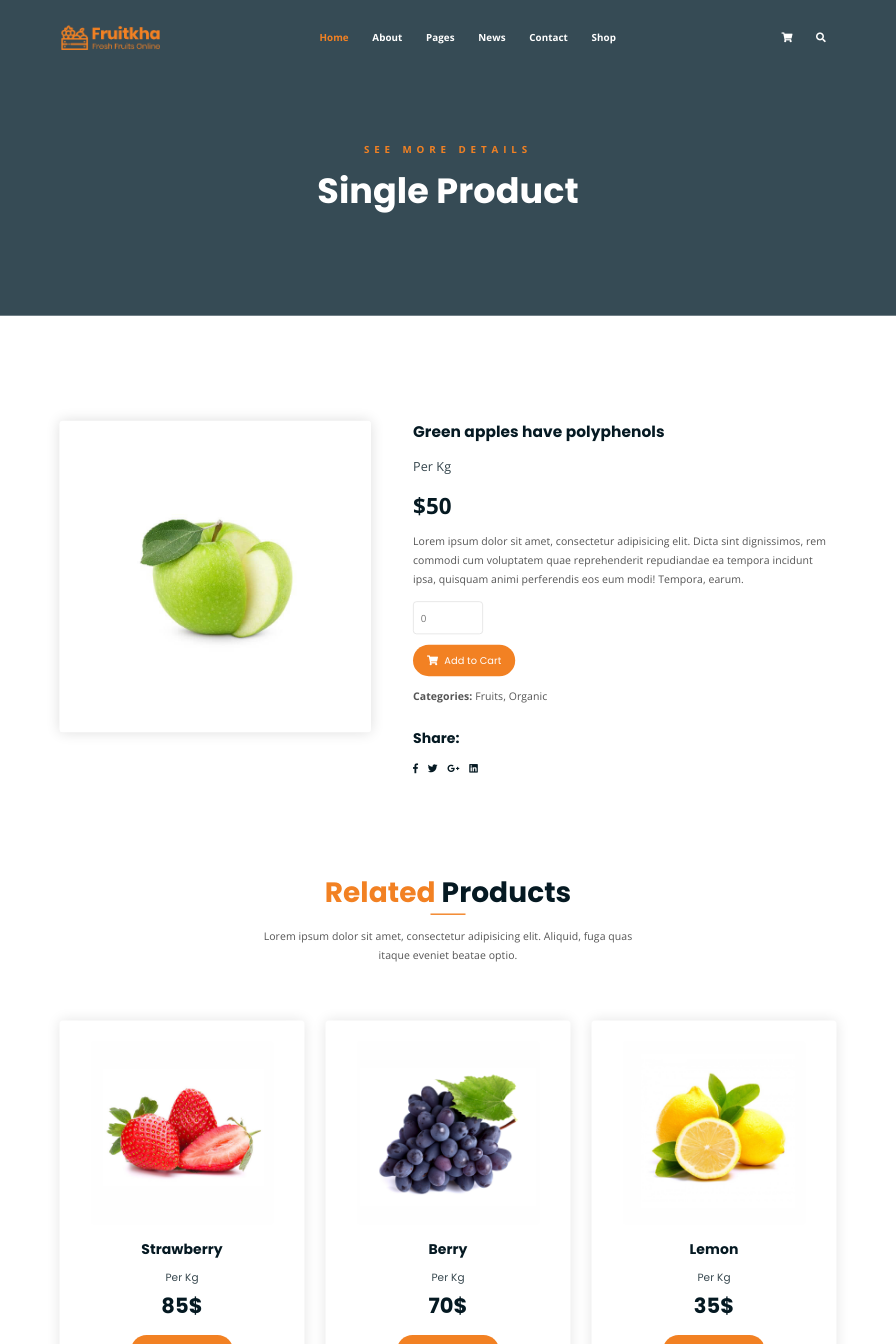
Repository: PhamHao1412/fruit_web
Page: single-product.html
The author's editor kept a copy of each file at every save. The page is drawn from the files as they stood at one save, then again after the next save.
The browser window is 1280 px wide. The pictures show the part of the page from y = 0 to 1920 px (the page is 3037 px tall before and 7983 px after), at 70% of full size.
Backgrounds fixed to the window are drawn as part of the page.

Above is the page before, as saved 2023-06-06 09:25:13.

After the next save:
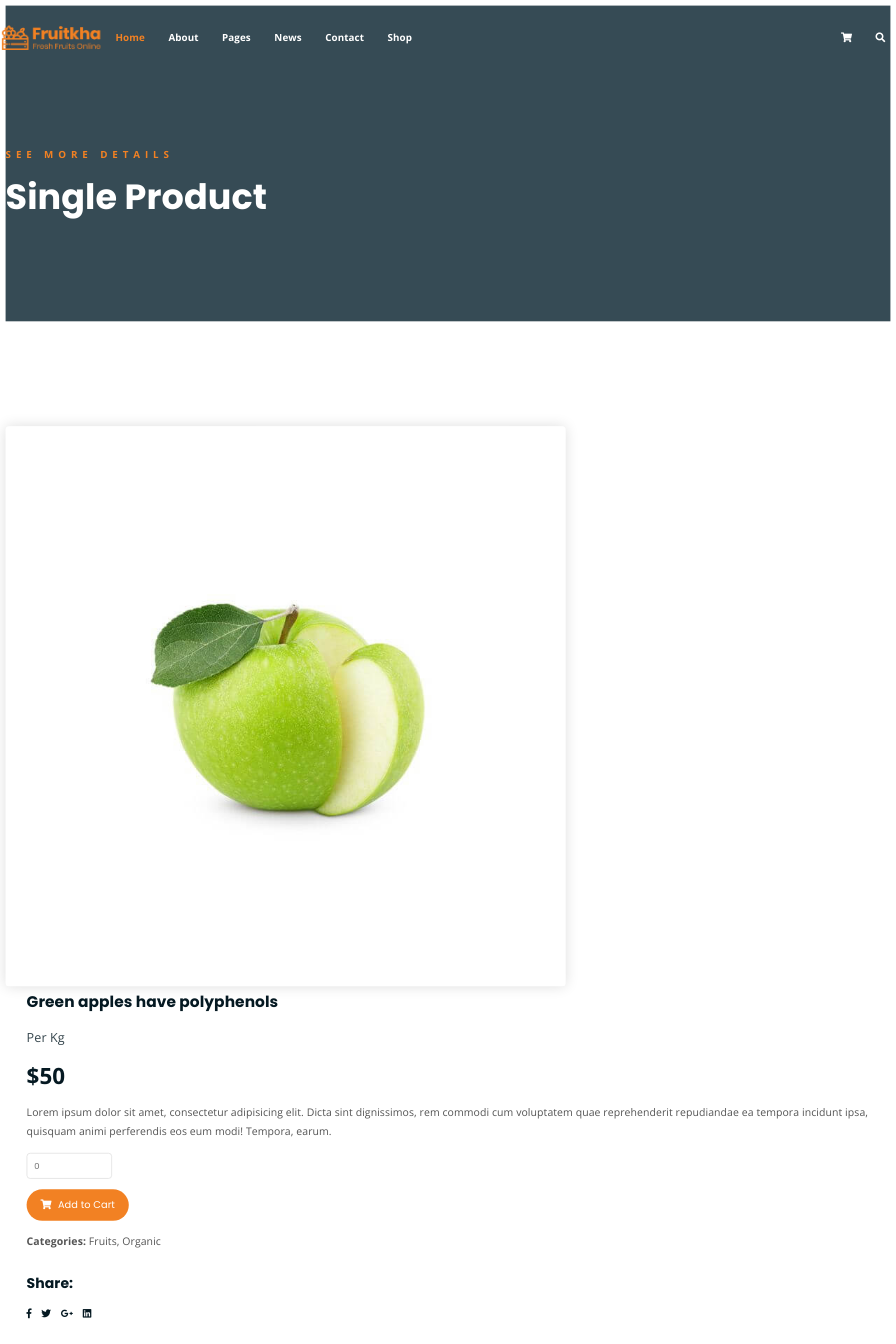
Saved 11 s later.
--- a/single-product.html
+++ b/single-product.html
@@ -26,7 +26,7 @@
     <!-- fontawesome -->
     <link rel="stylesheet" href="assets/css/all.min.css" />
     <!-- bootstrap -->
-    <link rel="stylesheet" href="assets/bootstrap/css/bootstrap.min.css" />
+    <!-- <link rel="stylesheet" href="assets/bootstrap/css/bootstrap.min.css" /> -->
     <!-- owl carousel -->
     <link rel="stylesheet" href="assets/css/owl.carousel.css" />
     <!-- magnific popup -->

After the save that followed:
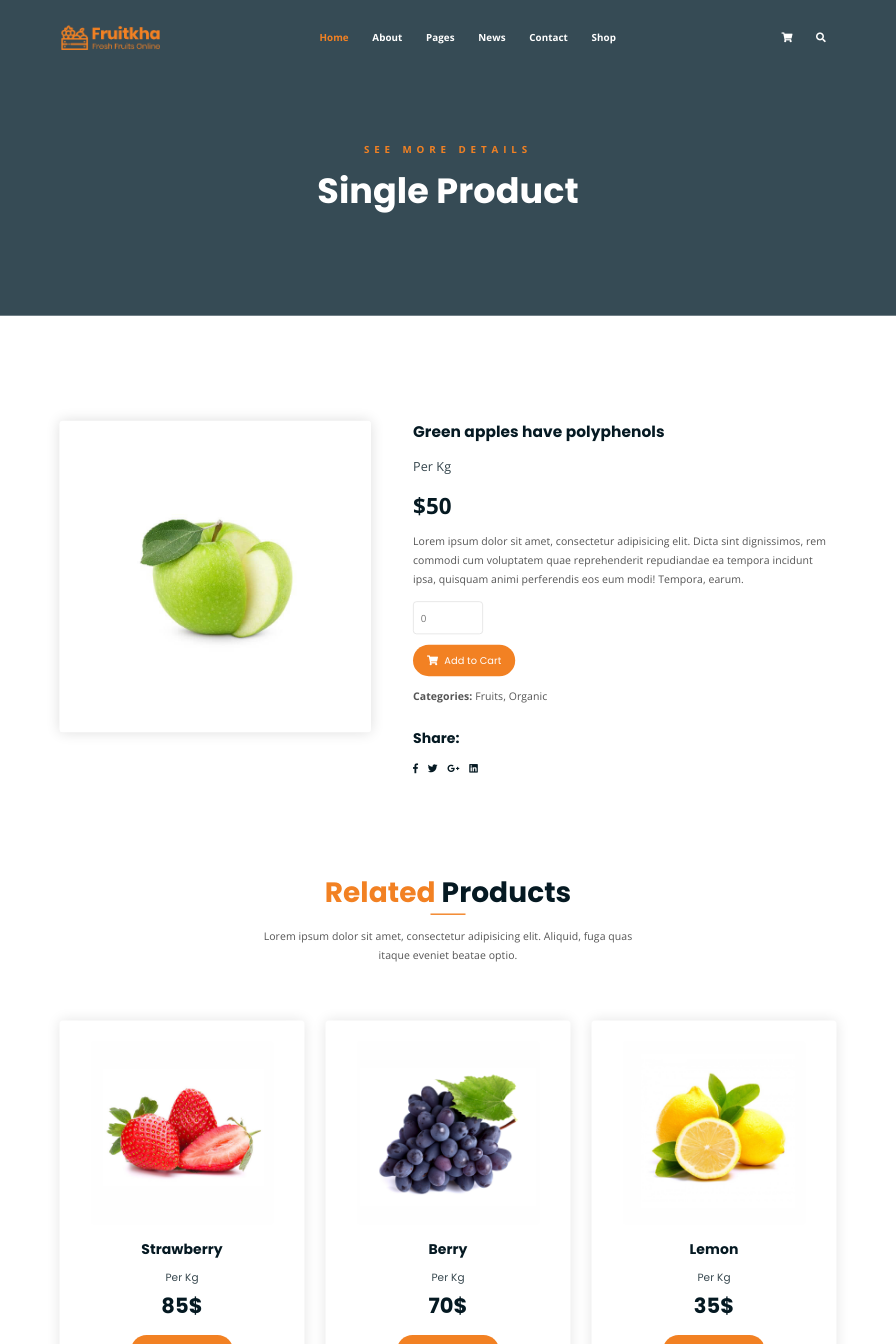
Saved 5 s later.
--- a/single-product.html
+++ b/single-product.html
@@ -26,7 +26,7 @@
     <!-- fontawesome -->
     <link rel="stylesheet" href="assets/css/all.min.css" />
     <!-- bootstrap -->
-    <!-- <link rel="stylesheet" href="assets/bootstrap/css/bootstrap.min.css" /> -->
+    <link rel="stylesheet" href="assets/bootstrap/css/bootstrap.min.css" />
     <!-- owl carousel -->
     <link rel="stylesheet" href="assets/css/owl.carousel.css" />
     <!-- magnific popup -->
